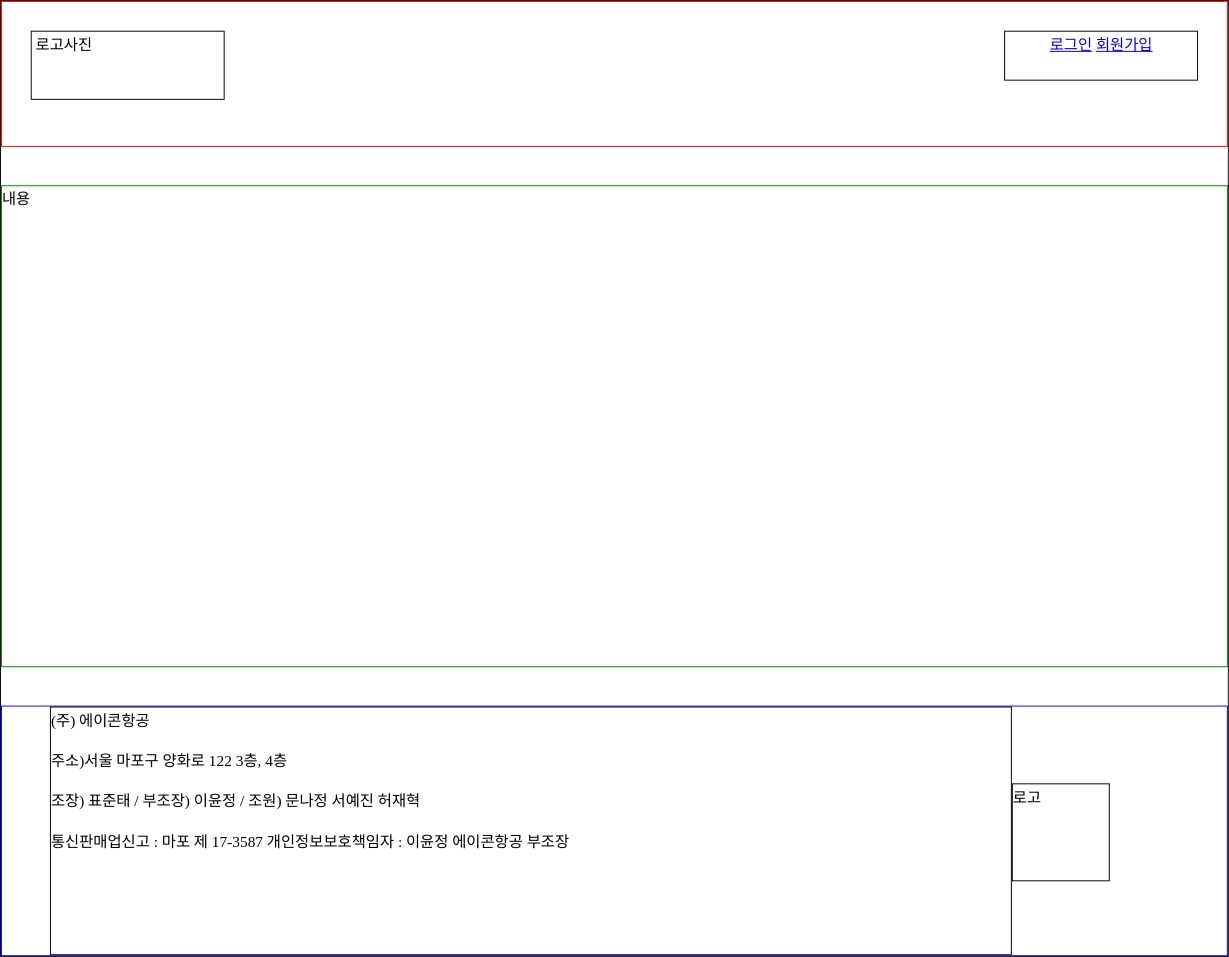
Repository: juntae710/Acorn_AirlineReservation_Project
Page: http://localhost/prj3_1/WEB-INF/views/h_index.jsp
The author's editor kept a copy of each file at every save. The page is drawn from the files as they stood at one save, then again after a run of saves.
The browser window is 1280 px wide. The pictures show the whole page, at 96% of full size.
The page is served by Tomcat 9. Nobody is signed in. Other server files are loaded and not shown. The template is opened directly, without the code that normally fills it, so the values that code supplies are empty.

Above is the page before, as saved 2023-09-20 01:18:36.

### Eclipse/prj3_1/src/main/webapp/WEB-INF/views/h_index.jsp
<%@ page language="java" contentType="text/html; charset=UTF-8" pageEncoding="UTF-8"%>
<!DOCTYPE html>
<html>
<head>
<meta charset="UTF-8">
<title>Insert title here</title>
<style>
* {
	margin: 0;
}

main {
	border: 1px solid black;
}

header {
	border: 1px solid red;
	height: 150px;
	display: flex;
	position: relative;
}

.headerimg {
	width: 200px;
	height: 70px;
	border: 1px solid black;
	position: absolute;
	left: 30px;
	top: 30px;
}

.headerAtag {
	width: 200px;
	height: 50px;
	border: 1px solid black;
	position: absolute;
	right: 30px;
	top: 30px;
	text-align: center;
}

section {
	border: 1px solid green;
	height: 500px;
	margin-top: 40px;
}

footer {
	border: 1px solid blue;
	height: 259px;
	margin-top: 40px;
	margin-bottom: 0px;
	display: flex;
}


.footer_info{
border: 1px solid black;
margin-left: 50px;
width: 1000px;


}
.footer_img{
border: 1px solid black;
width: 100px;
height: 100px;
margin-right: 0px;
margin-top: 80px;
}
</style>
</head>
<body>
	<main>
		<header>
			<div class="headerimg">
				<img src="" alt=""> 로고사진
			</div>

			<%
			String id = (String) session.getAttribute("id");
			%>

			<div class="headerAtag">
				<%
				if (id == null) {
				%>
				<a href="<%=request.getContextPath()%>/h_login">로그인</a>
				<%
				%>
				<a href="<%=request.getContextPath()%>/l_join">회원가입</a>
				<%
				} else {
				%>
				<p>아이디: <%=id%>님 </p>
				<a href="<%=request.getContextPath()%>/h_logOut">로그아웃</a>
				<a href="<%=request.getContextPath()%>/UUA.do">마이페이지</a>

				<%
				}
				%>
			</div>

		</header>

		<section>내용</section>



		<footer>
		<div class="footer_info">(주) 에이콘항공 <br><br>
			 주소)서울 마포구 양화로 122 3층, 4층 <br><br>
			조장) 표준태 / 부조장) 이윤정 / 조원) 문나정 서예진 허재혁 <br><br>
			통신판매업신고 : 마포 제 17-3587 개인정보보호책임자 : 이윤정 에이콘항공 부조장
		 </div>
		<div class="footer_img"><img alt="" src="">로고</div>
		</footer>
	</main>
</body>
</html>

After the next 2 saves:
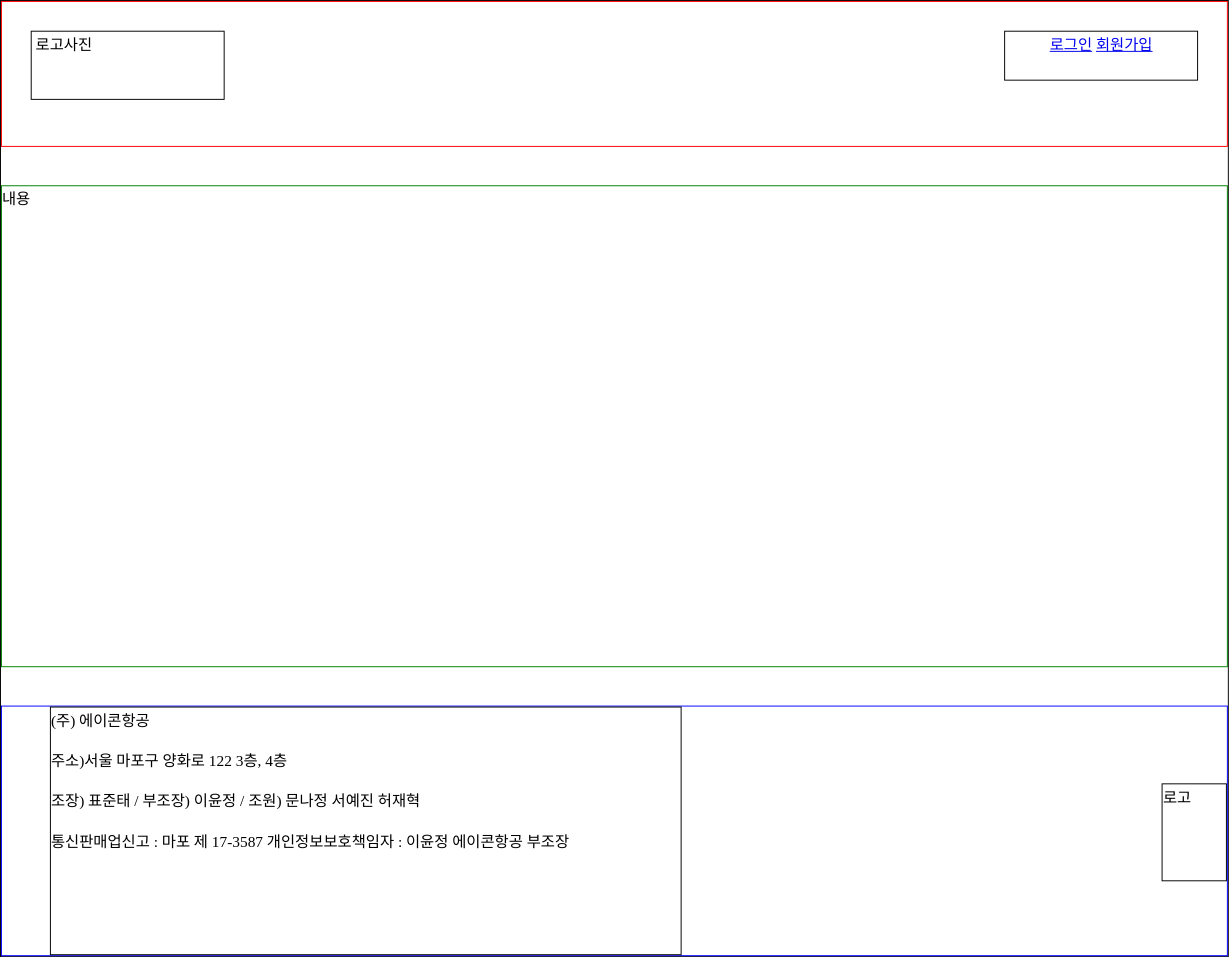
The 2 saves are shown as one change because they came seconds apart.
The last was saved 9 s later.
--- a/Eclipse/prj3_1/src/main/webapp/WEB-INF/views/h_index.jsp
+++ b/Eclipse/prj3_1/src/main/webapp/WEB-INF/views/h_index.jsp
@@ -65,7 +65,7 @@ width: 1000px;
 border: 1px solid black;
 width: 100px;
 height: 100px;
-margin-right: 0px;
+margin-left: 500px;
 margin-top: 80px;
 }
 </style>
